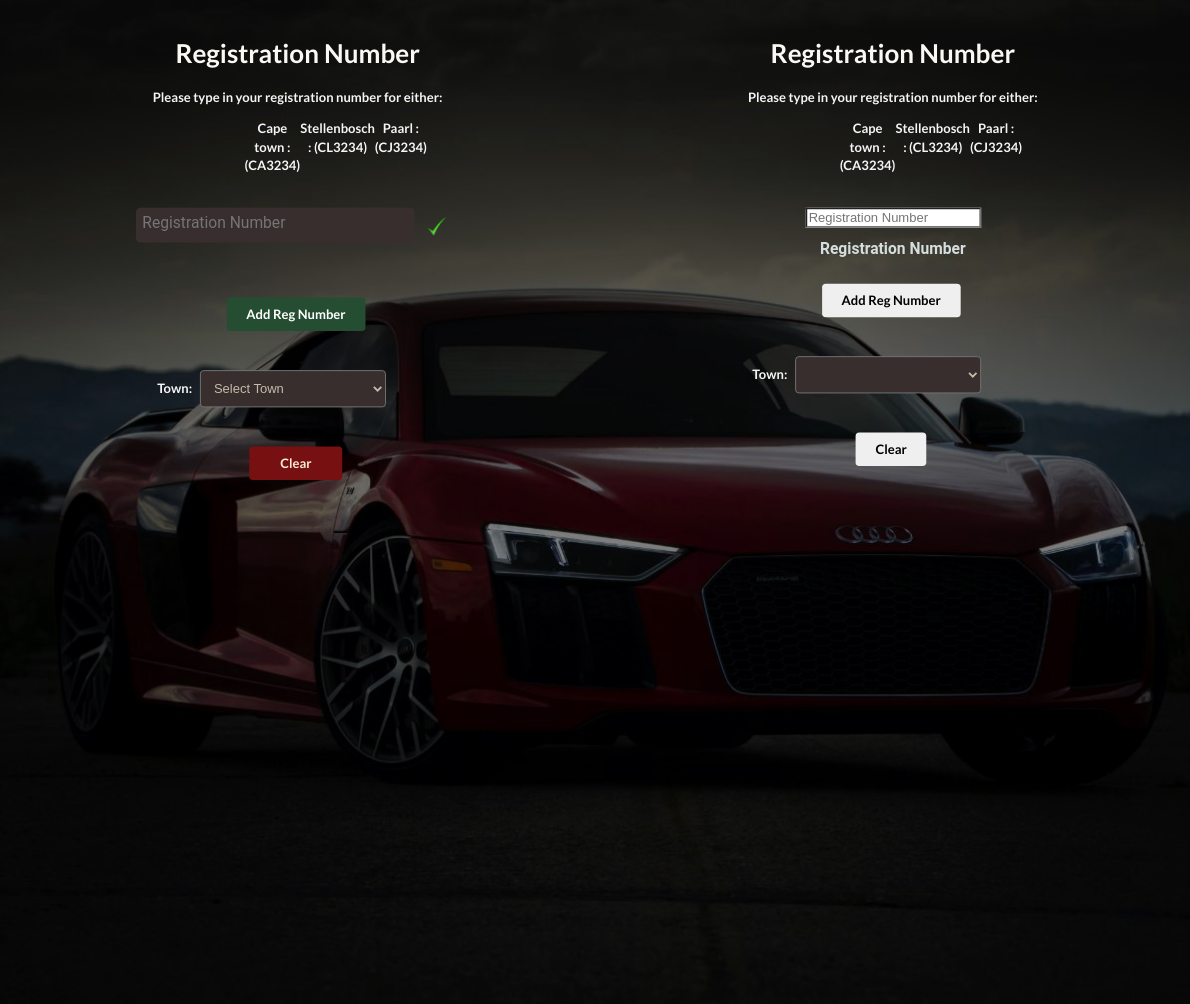
Repository: lasity34/Registration_number
Page: index.html
These files come from the project's save history. The page is drawn as it stood at one moment and after the next save; the edit follows.
The browser window is 1280 px wide. The pictures show the whole page, at 93% of full size.
Some web libraries are served in a nearby version.

Above is the page before, as saved 2023-05-08 12:05:59.
Console error: SyntaxError: Identifier 'regInstance' has already been declared

After the next save:
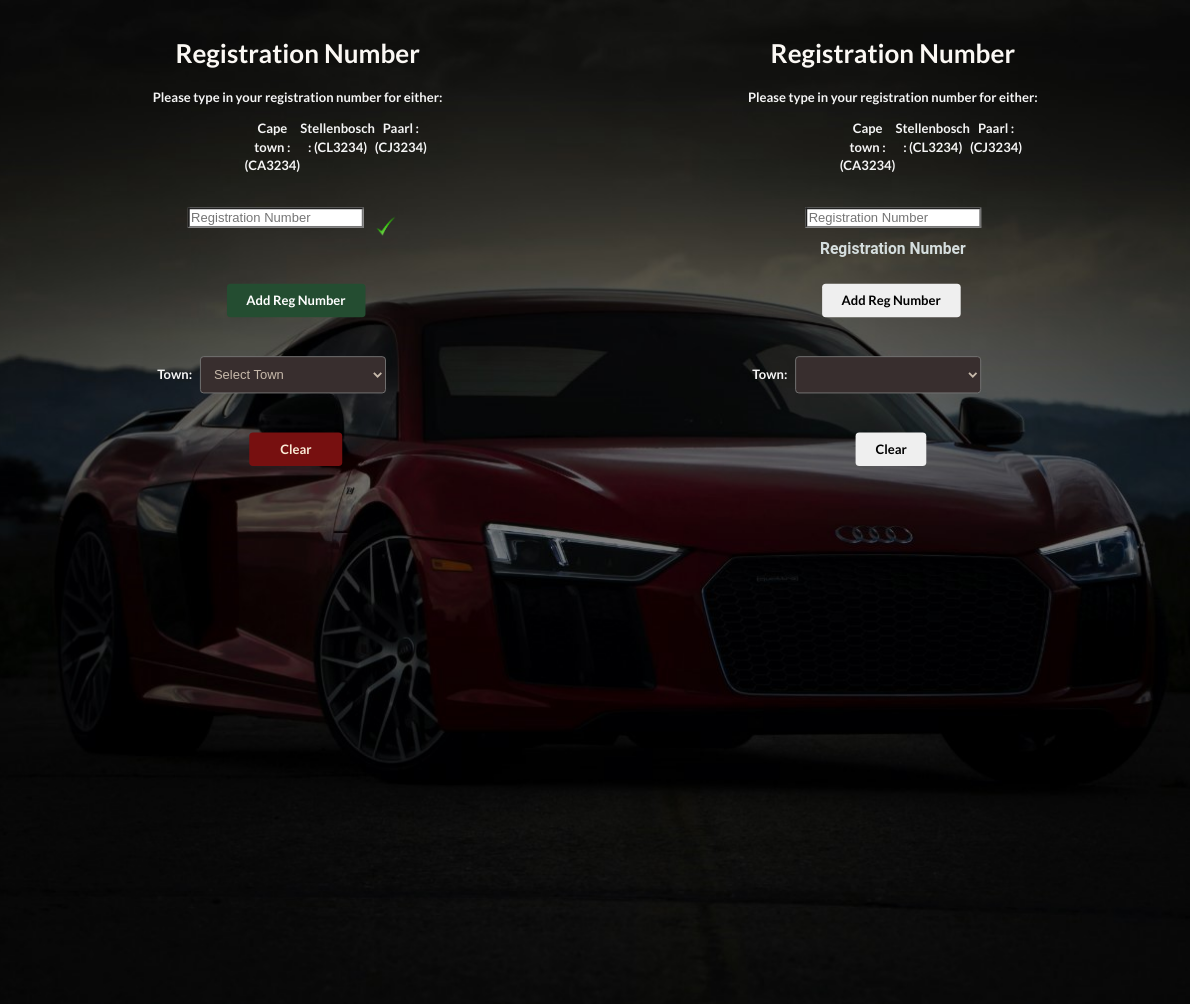
Saved 34 s later.
--- a/style.css
+++ b/style.css
@@ -53,7 +53,7 @@
   color: rgb(213, 222, 222);
 }
 
-.form__input {
+.form__input .form__input_temp {
   font-family: "Roboto", sans-serif;
   color: #baa3a3;
   font-size: 1.2rem;
